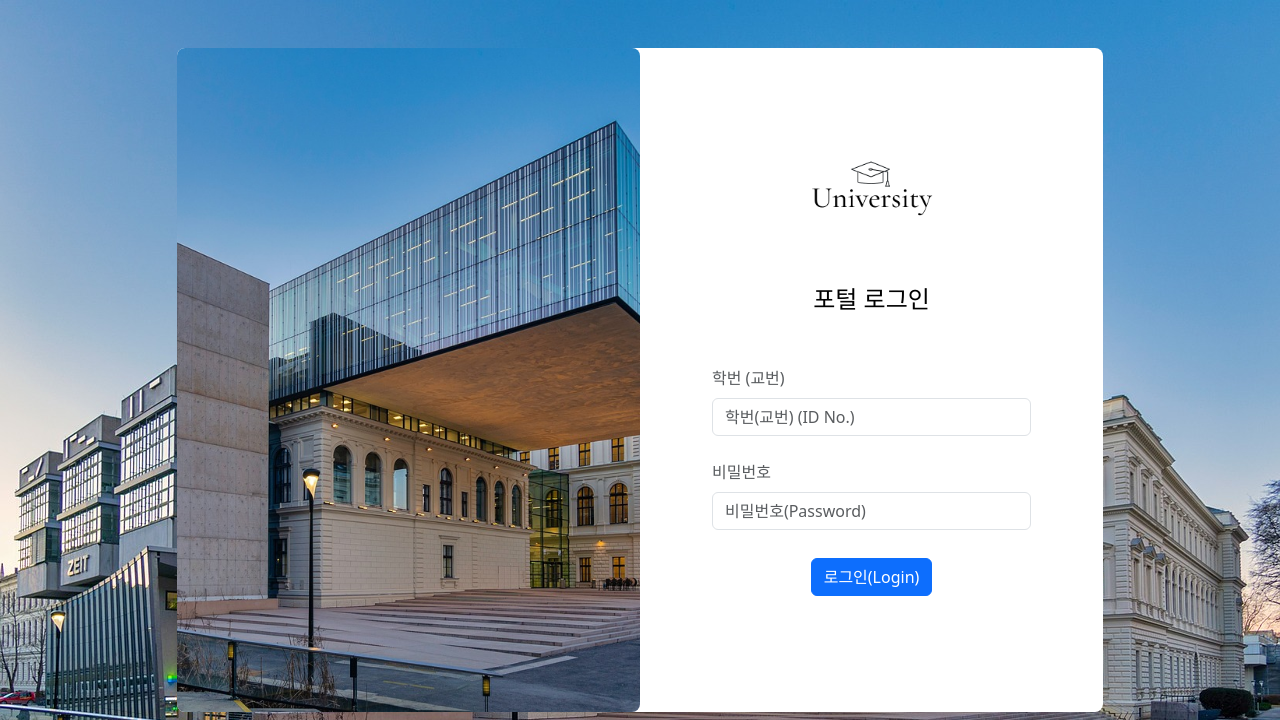
Repository: invisibleufo101/StudentManagementWeb
Page: HSW_Web/src/main/webapp/login.html
An editor plug-in stored every save of this project. The page is shown before and after the next save, followed by the edit.
The browser window is 1280 px wide. The pictures show the whole page.

Above is the page before, as saved 2024-09-19 01:23:49.

After the next save:
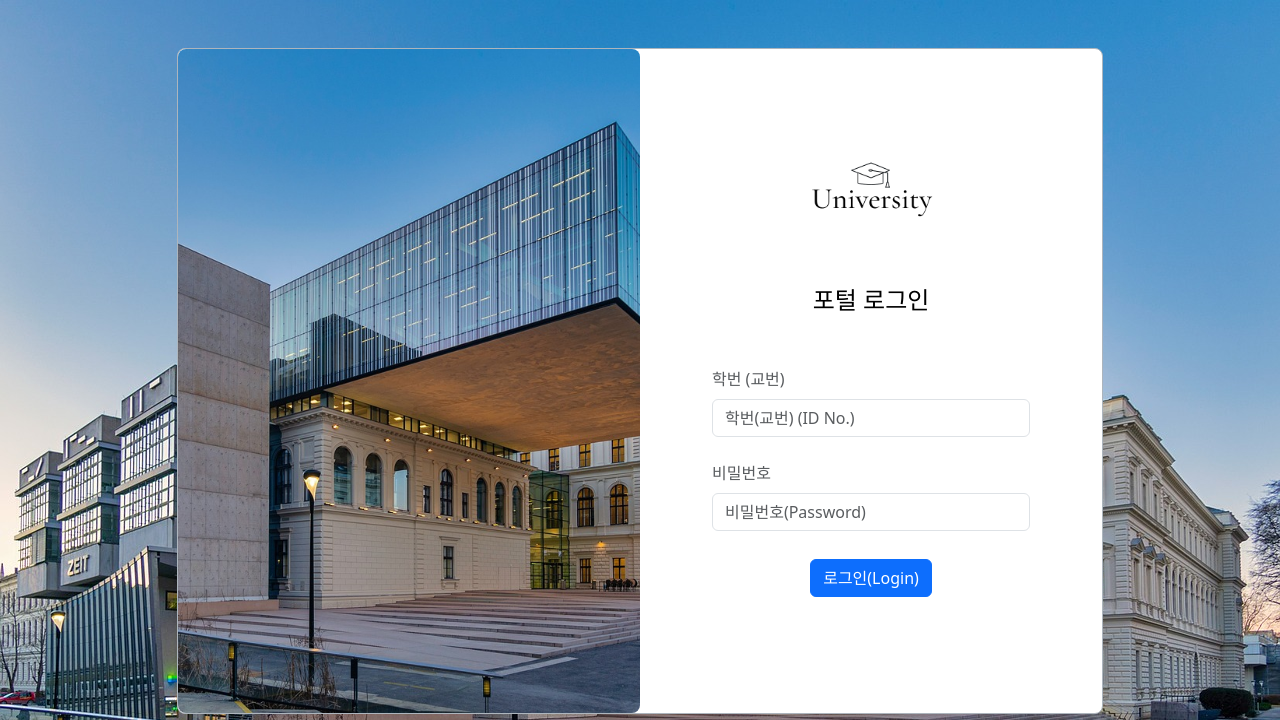
Saved 42 s later.
--- a/HSW_Web/src/main/webapp/login.html
+++ b/HSW_Web/src/main/webapp/login.html
@@ -13,7 +13,7 @@
 			<div
 				class="row d-flex justify-content-center align-items-center h-100">
 				<div class="col-xl-10">
-					<div class="card rounded-3 text-black" style="border: 0;">
+					<div class="card rounded-3 text-black border border-dark-subtle">
 						<div class="row g-0">
 							<div class="col-lg-6">
 								<img class="rounded-3" src="images/university_login.jpg" alt="Univeristy Campus" style="height: 100%; width: 100%; object-fit: cover;"/>
